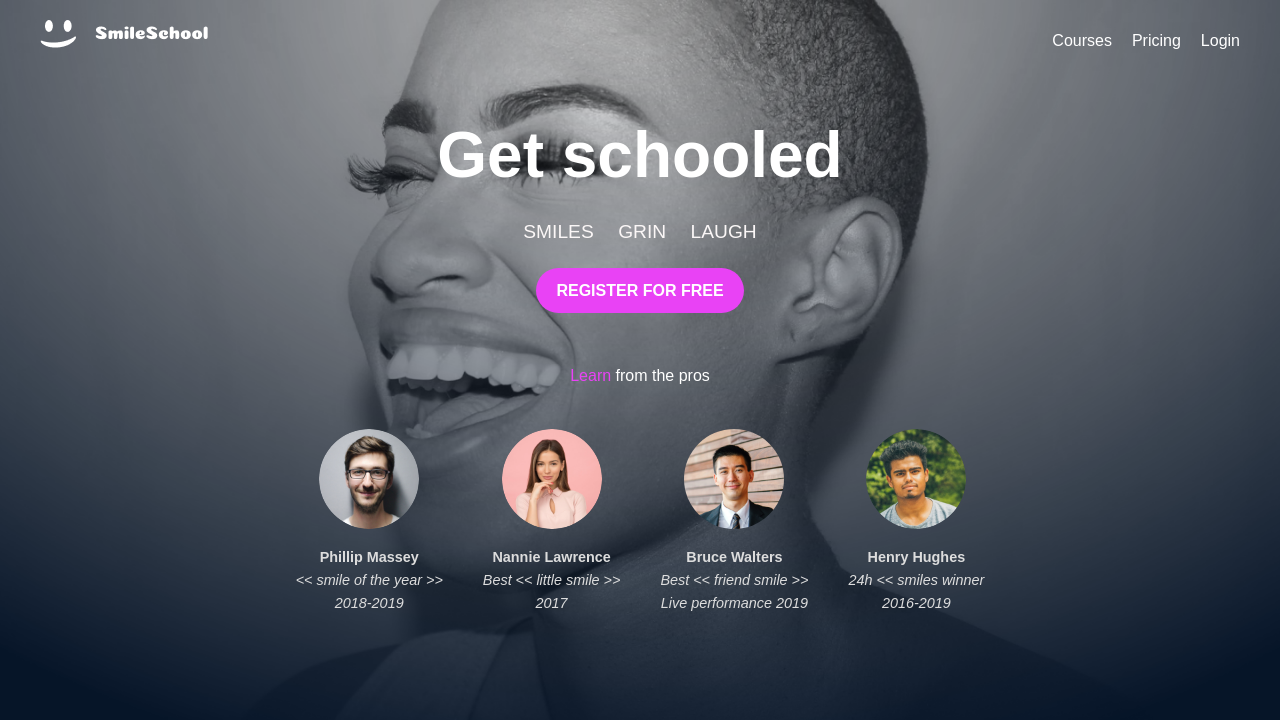
Repository: Patience225/alx_html_css
Page: css_advanced/index.html
An editor plug-in stored every save of this project. The page is shown before and after a run of saves, followed by the edit.
The browser window is 1280 px wide. The pictures show the whole page.

Above is the page before, as saved 2025-01-03 21:53:52.

After the next 2 saves:
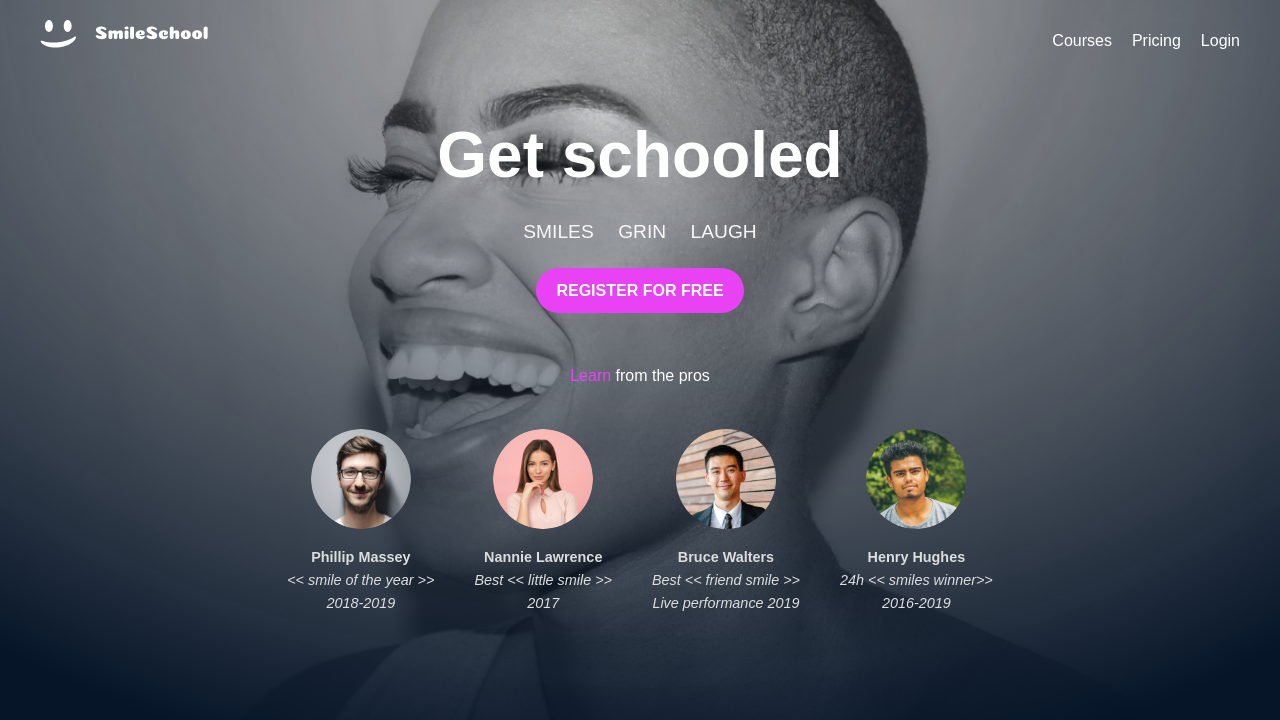
The 2 saves are shown as one change because they came seconds apart.
The last was saved 7 s later.
--- a/css_advanced/index.html
+++ b/css_advanced/index.html
@@ -46,7 +46,7 @@
             </div>
             <div class="profile">
                 <img src="images/Henry Hughes.png" alt="Henry Hughes">
-                <p><strong>Henry Hughes</strong><br><em>24h << smiles winner</em><br><em>2016-2019</em></p>
+                <p><strong>Henry Hughes</strong><br><em>24h << smiles winner>></em><br><em>2016-2019</em></p>
             </div>
         </div>
     </section>
